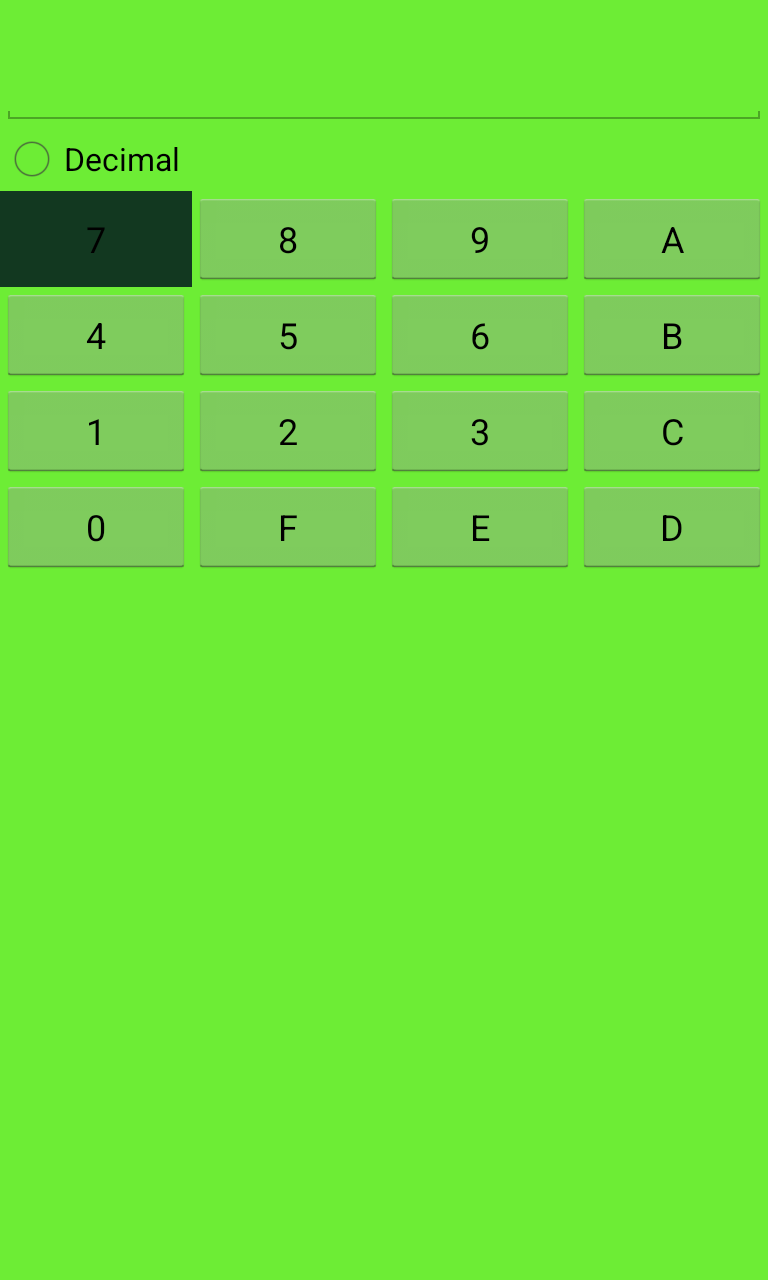
Repository: RamDion/BSIT_Calculator
Layout: CcsCalcu/res/layout/activity_calculator.xml
The author's editor kept a copy of each file at every save. The layout is drawn from the files as they stood at one save, then again after a run of saves.
It is drawn on a 768 x 1280 px phone screen (xhdpi) without system bars, with theme AppTheme; the app's code is not run.

Above is the layout before, as saved 2014-09-04 05:21:51.

After the next 3 saves:
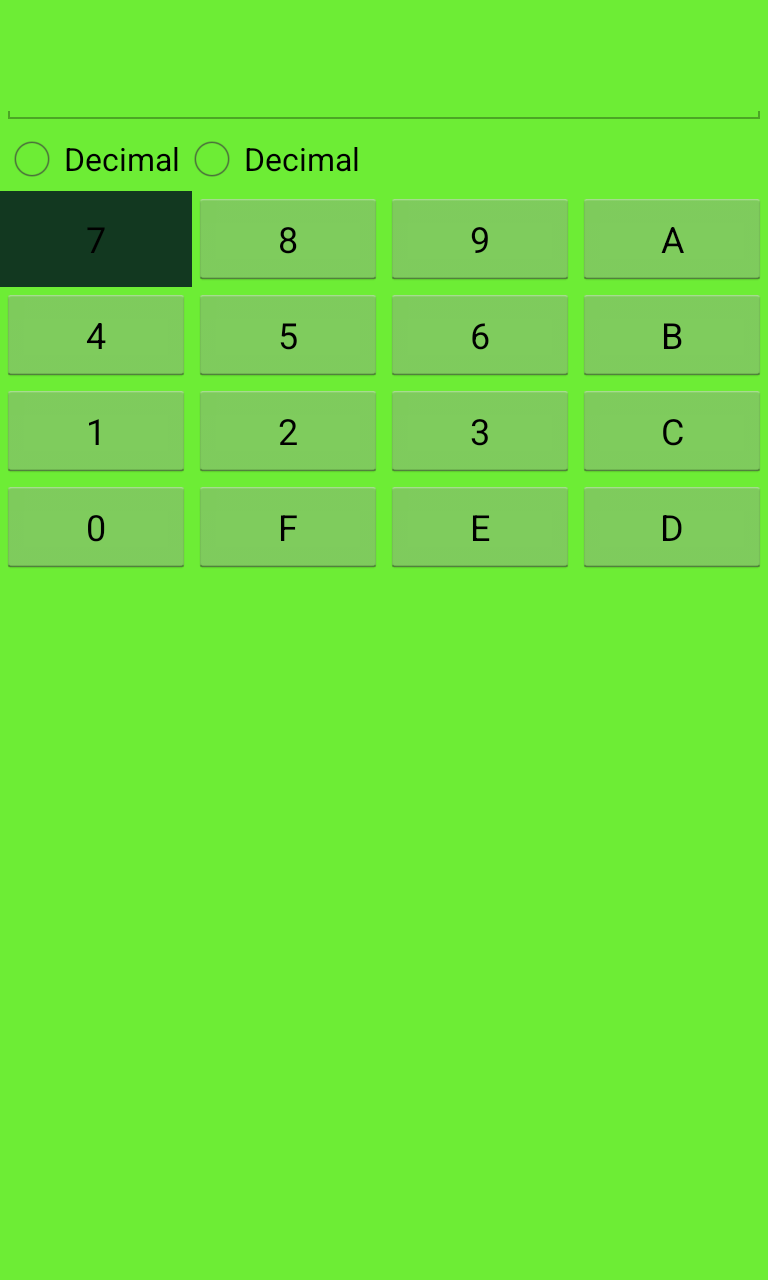
The 3 saves are shown as one change because 2 did not build or start.
The last was saved 101 s later.
--- a/CcsCalcu/res/layout/activity_calculator.xml
+++ b/CcsCalcu/res/layout/activity_calculator.xml
@@ -33,6 +33,11 @@
             android:layout_width="fill_parent"
             android:layout_height="wrap_content"
              >
+<RadioButton
+             android:id="@+id/radioButton1"
+             android:layout_width="wrap_content"
+             android:layout_height="wrap_content"
+             android:text="Decimal" />
 <RadioButton
              android:id="@+id/radioButton1"
              android:layout_width="wrap_content"
